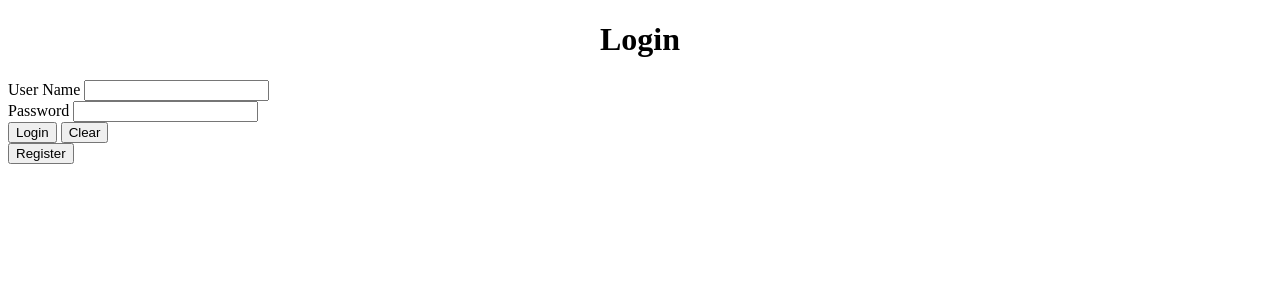
Repository: ramakrishnan1997/ram_javatraining
Page: http://localhost/AdminPortal/Login.jsp
These files come from the project's save history. The page is drawn as it stood at one moment and after the next save; the edit follows.
The browser window is 1280 px wide. The pictures show the whole page.
The page is served by Tomcat 9. Other server files are loaded and not shown.

Above is the page before, as saved 2022-07-01 07:12:30.

### AdminPortal/src/main/webapp/Login.jsp
<%@ page language="java" contentType="text/html; charset=UTF-8"
    pageEncoding="UTF-8"%>
<!DOCTYPE html>
<html>
<head>
<meta charset="UTF-8">
<title>Login</title>
</head>
<body>
<h1 style="text-align:center">Login</h1>
<form>
<div><label>User Name</label> <input type="text" name="username"></div>
<div><label>Password</label> <input type="password" name="password"></div>
<input type="submit" value="Login">
<input type="reset" value="Clear">
</form>
<a href="Register.jsp"><button>Register</button></a>
</body>
</html>

After the next save:
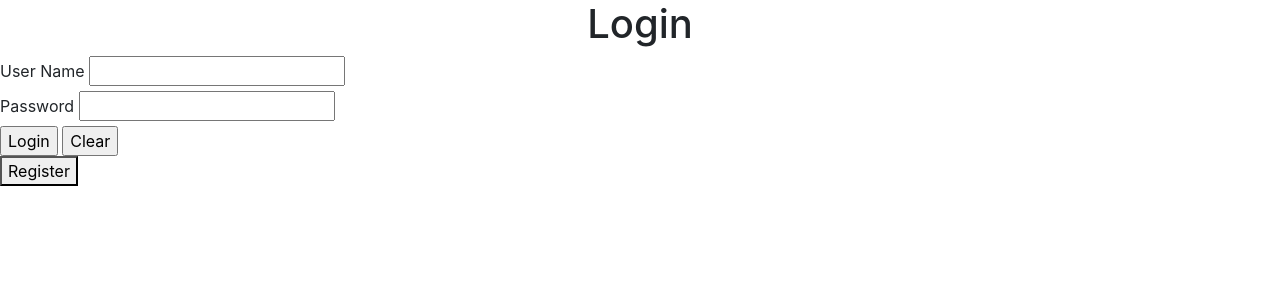
Saved 14 min 23 s later.
--- a/AdminPortal/src/main/webapp/Login.jsp
+++ b/AdminPortal/src/main/webapp/Login.jsp
@@ -1,19 +1,27 @@
 <%@ page language="java" contentType="text/html; charset=UTF-8"
-    pageEncoding="UTF-8"%>
+	pageEncoding="UTF-8"%>
 <!DOCTYPE html>
 <html>
 <head>
 <meta charset="UTF-8">
 <title>Login</title>
+<link rel="stylesheet"
+	href="https://cdn.jsdelivr.net/npm/bootstrap@4.0.0/dist/css/bootstrap.min.css"
+	integrity="sha384-Gn5384xqQ1aoWXA+058RXPxPg6fy4IWvTNh0E263XmFcJlSAwiGgFAW/dAiS6JXm"
+	crossorigin="anonymous">
 </head>
 <body>
-<h1 style="text-align:center">Login</h1>
-<form>
-<div><label>User Name</label> <input type="text" name="username"></div>
-<div><label>Password</label> <input type="password" name="password"></div>
-<input type="submit" value="Login">
-<input type="reset" value="Clear">
-</form>
-<a href="Register.jsp"><button>Register</button></a>
+	<h1 style="text-align: center">Login</h1>
+	<form>
+		<div>
+			<label>User Name</label> <input type="text" name="username">
+		</div>
+		<div>
+			<label>Password</label> <input type="password" name="password">
+		</div>
+		<input type="submit" value="Login"> <input type="reset"
+			value="Clear">
+	</form>
+	<a href="Register.jsp"><button>Register</button></a>
 </body>
 </html>
